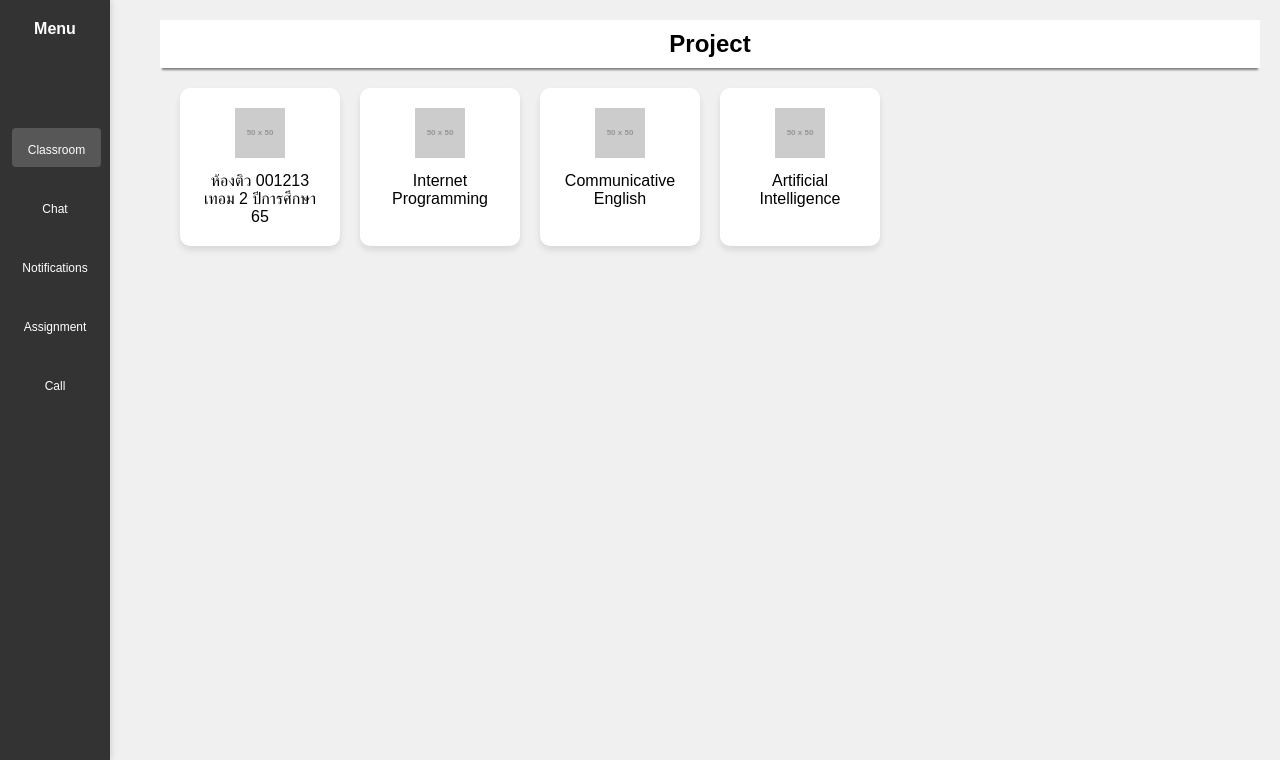
Repository: praifas16/ProPro
Page: docs/studenthead.html
An editor plug-in stored every save of this project. The page is shown before and after the next save, followed by the edit.
The browser window is 1280 px wide. The pictures show the whole page.
The pointer rests on the first visible `.sidebar a`.

Above is the page before, as saved 2024-08-21 20:07:38.

### docs/studenthead.html
<!DOCTYPE html>
<html lang="th">
<head>
    <meta charset="UTF-8">
    <meta name="viewport" content="width=device-width, initial-scale=1.0">
    <title>My Dashboard</title>
    <style>
        body {
            font-family: Arial, sans-serif;
            margin: 0;
            padding: 0;
            background-color: #f0f0f0;
            display: flex;
        }

        /* เมนูแถบข้าง */
        .sidebar {
            width: 70px;
            background-color: #333;
            color: white;
            height: 100vh;
            padding: 20px 20px;
            box-shadow: 2px 0 5px rgba(0, 0, 0, 0.1);
            display: flex;
            flex-direction: column;
            align-items: center;
        }

        .menu-header {
            margin-bottom: 40px; /* ปรับระยะห่าง */
            font-size: 16px;
            font-weight: bold;
        }

        .menu-items {
            margin-top: 50px; /* เพิ่มระยะห่างด้านบน เพื่อให้ตรงกับบ็อกสี่เหลี่ยม */
        }

        .sidebar a {
            display: flex;
            flex-direction: column;
            align-items: center;
            color: white;
            padding: 10px;
            text-decoration: none;
            margin-bottom: 20px;
            font-size: 12px;
            text-align: center;
        }

        .sidebar a:hover {
            background-color: #575757;
            border-radius: 4px;
            width: 80%;
            text-align: center;
        }

        .sidebar i {
            font-size: 24px;
            margin-bottom: 5px;
        }

        /* โครงสร้างหน้าเว็บหลัก */
        .main-content {
            flex-grow: 1;
            padding: 20px 20px 20px 50px; /* เพิ่ม padding ด้านซ้ายเพื่อให้เนื้อหาหลักอยู่ในระนาบเดียวกัน */
        }

        header {
            background-color: #ffffff;
            padding: 10px;
            text-align: center;
            box-shadow: 0px 4px 2px -2px gray;
        }

        h1 {
            margin: 0;
            font-size: 24px;
        }

        .container {
            display: grid;
            grid-template-columns: repeat(auto-fill, minmax(150px, 1fr));
            gap: 20px;
            padding: 20px;
        }

        .card {
            background-color: #ffffff;
            border-radius: 10px;
            box-shadow: 0 4px 6px rgba(0, 0, 0, 0.1);
            text-align: center;
            padding: 20px;
            transition: transform 0.3s;
        }

        .card:hover {
            transform: scale(1.05);
        }

        .card img {
            width: 50px;
            height: 50px;
            margin-bottom: 10px;
        }

        .card p {
            margin: 0;
            font-size: 16px;
        }
    </style>
</head>
<body>
    <!-- เมนูแถบข้าง -->
    <div class="sidebar">
        <div class="menu-header">Menu</div>
        <div class="menu-items">
            <a href="#"><i class="fa fa-home"></i><span>Classroom</span></a>
            <a href="#"><i class="fa fa-users"></i><span>Chat</span></a>
            <a href="#"><i class="fa fa-notificat"></i><span>Notifications</span></a>
            <a href="#"><i class="fa fa-assign"></i><span>Assignment</span></a>
            <a href="#"><i class="fa fa-phone"></i><span>Call</span></a>
        </div>
    </div>

    <!-- เนื้อหาหลัก -->
    <div class="main-content">
        <header>
            <h1>Project</h1>
        </header>
        <div class="container">
            <div class="card">
                <img src="https://via.placeholder.com/50" alt="icon">
                <p>ห้องติว 001213 เทอม 2 ปีการศึกษา 65</p>
            </div>
            <div class="card">
                <img src="https://via.placeholder.com/50" alt="icon">
                <p>Internet Programming</p>
            </div>
            <div class="card">
                <img src="https://via.placeholder.com/50" alt="icon">
                <p>Communicative English</p>
            </div>
            <div class="card">
                <img src="https://via.placeholder.com/50" alt="icon">
                <p>Artificial Intelligence</p>
            </div>
            <!-- เพิ่มเติม Card อื่น ๆ ตามต้องการ -->
        </div>
    </div>
</body>
</html>

After the next save:
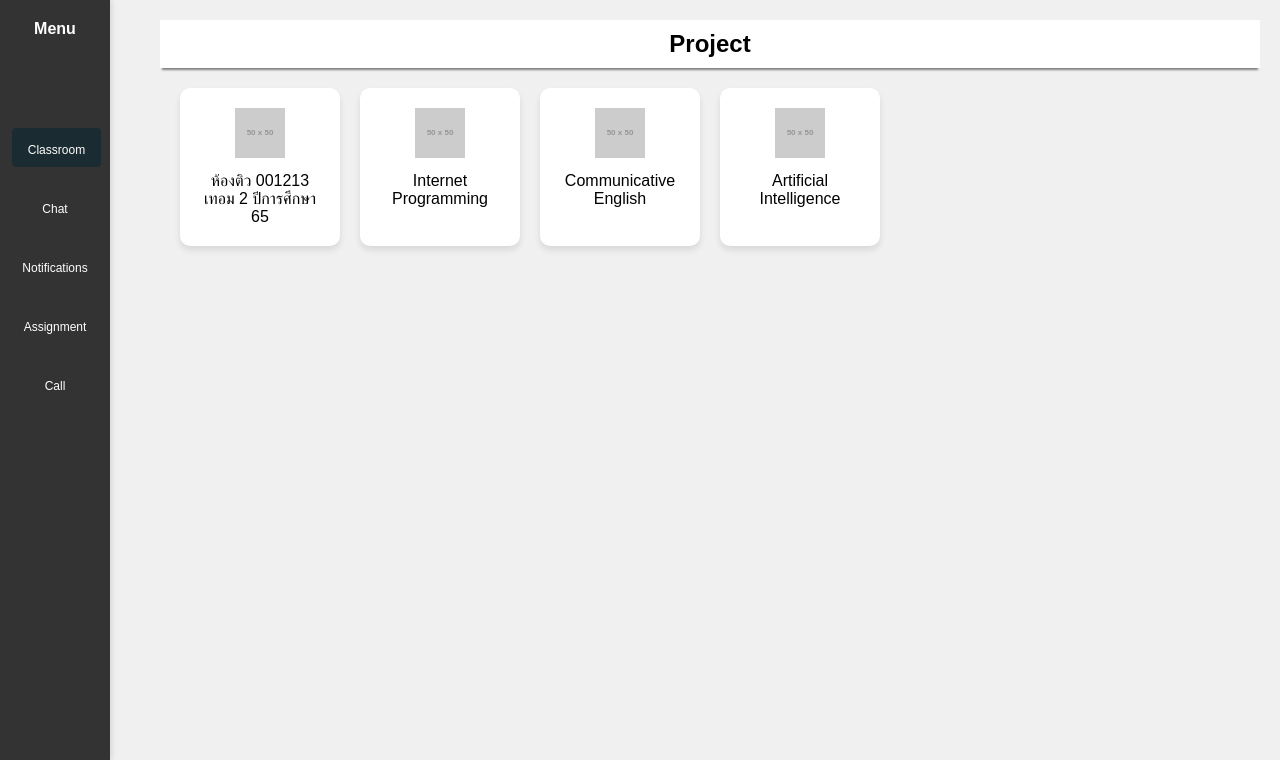
Saved 35 s later.
--- a/docs/studenthead.html
+++ b/docs/studenthead.html
@@ -49,7 +49,7 @@
         }
 
         .sidebar a:hover {
-            background-color: #575757;
+            background-color: #1b2b32;
             border-radius: 4px;
             width: 80%;
             text-align: center;

After the save that followed:
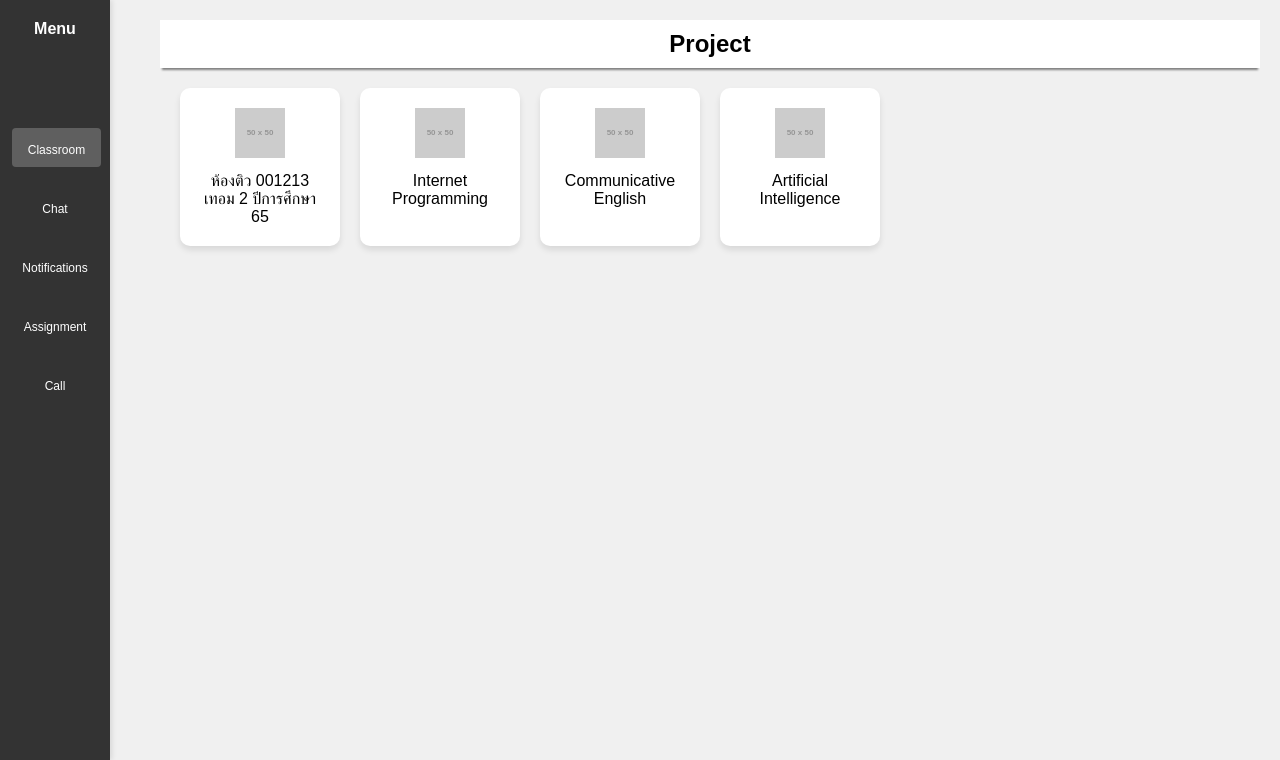
Saved 11 s later.
--- a/docs/studenthead.html
+++ b/docs/studenthead.html
@@ -49,7 +49,7 @@
         }
 
         .sidebar a:hover {
-            background-color: #1b2b32;
+            background-color: #5f5f5f;
             border-radius: 4px;
             width: 80%;
             text-align: center;
